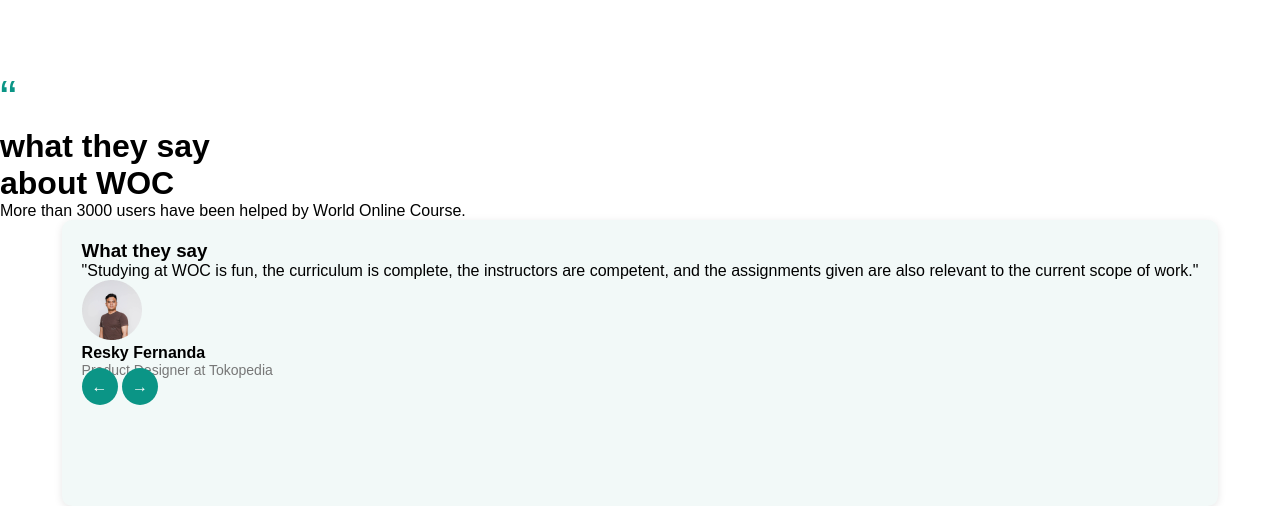
Repository: MaramNabil872/Landing-Page
Page: landingPage.html
These files come from the project's save history. The page is drawn as it stood at one moment and after a run of saves; the edit follows.
The browser window is 1280 px wide. The pictures show the part of the page from y = 4333 to 4839 px (the page is 4839 px tall).
A picture or video elsewhere on the page could not be fetched, so the positions and the page height are approximate.

Above is the page before, as saved 2024-10-22 16:07:50.

After the next 2 saves:
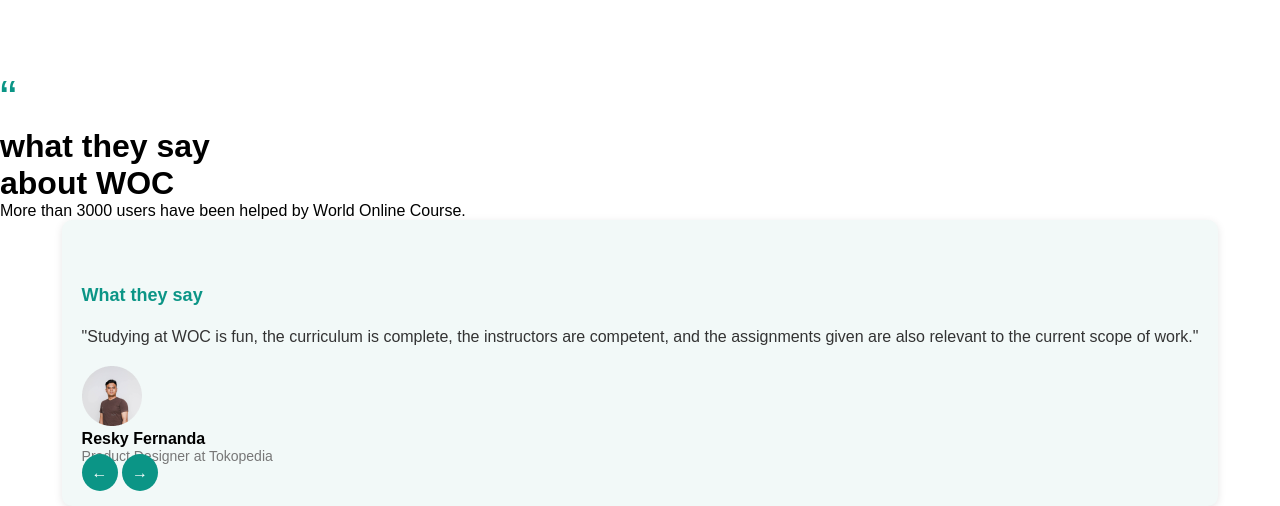
The 2 saves are shown as one change because they came seconds apart.
The last was saved 6 s later.
--- a/landingPage.html
+++ b/landingPage.html
@@ -336,8 +336,8 @@
 
             <div class="sixth-right">
               <div class="sixth-card">
-                <h3 class="testimonial-heading">What they say</h3>
-                <p class="testimonial-text">
+                <h3 class="sixth-heading">What they say</h3>
+                <p class="sixth-text">
                   "Studying at WOC is fun, the curriculum is complete, the instructors are competent, and the assignments given are also relevant to the current scope of work."
                 </p>
                 <div class="testimonial-author">
